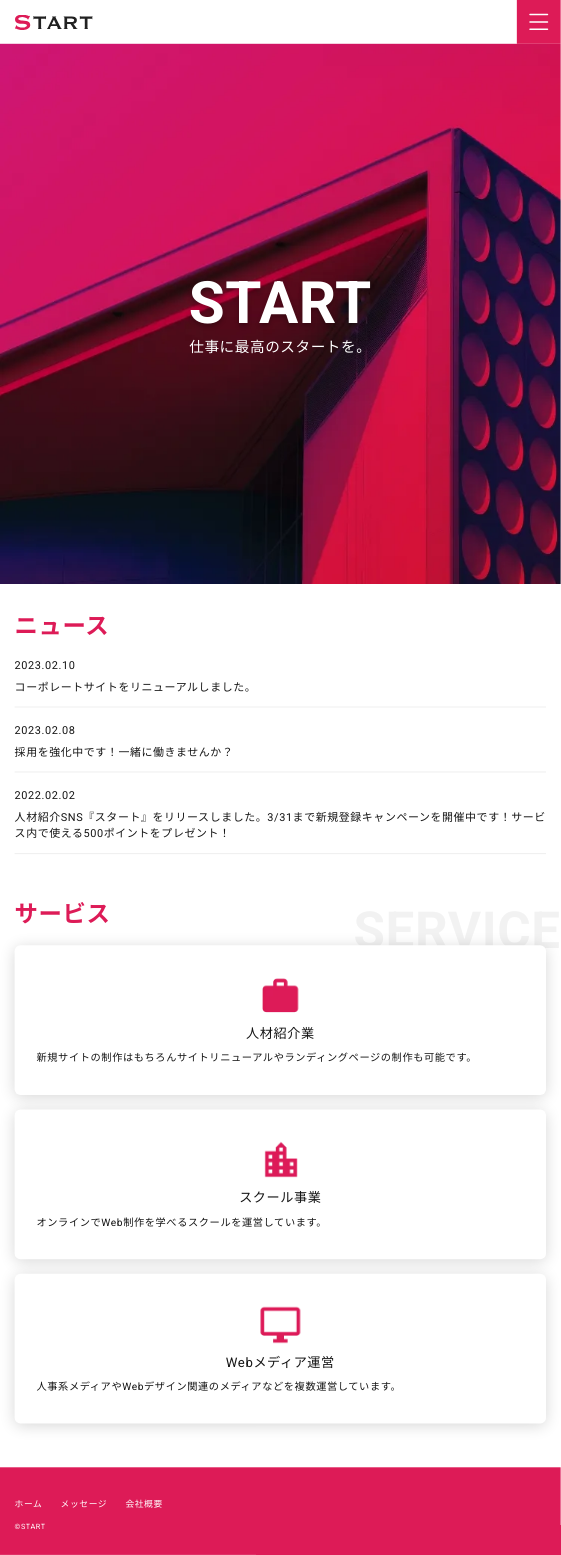
Repository: tetishi/tetishi.github.io
Page: index.html
The author's editor kept a copy of each file at every save. The page is drawn from the files as they stood at one save, then again after the next save.
The browser window is 768 px wide. The pictures show the whole page, at 73% of full size.

Above is the page before, as saved 2023-07-17 15:08:46.

### index.html
<!DOCTYPE html>
<html lang="en">
<head>
    <meta charset="UTF-8">
    <meta http-equiv="X-UA-Compatible" content="IE=edge">
    <meta name="viewport" content="width=device-width, initial-scale=1.0">
    <title>Start</title>
    <!-- <link rel="stylesheet" type="text/css" href="http://yui.yahooapis.com/3.18.1/build/cssreset/cssreset-min.css"> -->
    <link rel="preconnect" href="https://fonts.googleapis.com">
    <link rel="preconnect" href="https://fonts.gstatic.com" crossorigin>
    <link href="https://fonts.googleapis.com/css2?family=Noto+Sans+JP:wght@500;700&family=Roboto:wght@400;700&display=swap" rel="stylesheet">
    <link rel="icon" href="img/favicon.ico">
    <link rel="stylesheet" href="./css/reset.css">
    <link rel="stylesheet" href="./css/style.css">
</head>
<body>
    <header class="header">
        <div class="header-inner">
            <h2 class="nav-title">
                <a href="./index.html">
                    <img class="pc" src="img/logo.svg" alt="STARTのロゴ">
                    <img class="sp" src="img/sp_logo.svg" alt="STARTのロゴ">
                </a>
            </h2>
            <nav class="header-nav">
                <ul class="header-list">
                    <li class="header-item">
                        <a href="./index.html" class="text-red">ホーム</a>
                    </li>
                    <li class="header-item">
                        <a href="./message.html">メッセージ</a>
                    </li>
                    <li class="header-item">
                        <a href="./company.html">会社概要</a>
                    </li>
                </ul>
            </nav>
            <div class="overlay"></div>
            <div class="hamburger-btn">
                <span class="bar bar_top"></span>
                <span class="bar bar_mid"></span>
                <span class="bar bar_bottom"></span>
            </div>
        </div>
    </header>

    <main>
        <!-- fv -->
        <div class="fv">
            <div class="fv_img">
                <picture>
                    <source srcset="./img/fv.webp" type="image/webp">
                    <img src="./img/fv.jpg" alt="STARTの赤いイメージ背景">
                </picture>
            </div>
            <div class="sp_fv_img">
                <picture>
                    <source srcset="./img/sp_fv.webp" type="image/webp">
                    <img src="./img/sp_fv.jpg" alt="STARTの赤いイメージ背景">
                </picture>
            </div>
            <!-- page-title-wrapper -->
            <div class="page-title-wrapper">
                <h1 class="page-title">START</h1>
                <div class="page-title-bottom">仕事に最高のスタートを。</div>
                <!-- /.page-title-bottom -->
            </div>
        </div>

        <!-- news -->
        <section id="news" class="section-wrapper news-wrapper">
            <div class="section-inner news-inner">
                <h2 class="section-title news-title">
                    ニュース
                </h2>
                <div class="news-container">
                    <ul class="news-list">
                        <li class="news-item">
                            <time datetime="2023.02.10">2023.02.10</time>
                            <a href="#news">コーポレートサイトをリニューアルしました。</a>
                        </li>
                        <li class="news-item">
                            <time datetime="2023.02.08">2023.02.08</time>
                            <a href="#news">採用を強化中です！一緒に働きませんか？</a>
                        </li>
                        <li class="news-item">
                            <time datetime="2022.02.02">2022.02.02</time>
                            <a href="#news">人材紹介SNS『スタート』をリリースしました。3/31まで新規登録キャンペーンを開催中です！サービス内で使える500ポイントをプレゼント！</a>
                        </li>
                    </ul>
                </div>
                <!-- /.news-container -->
            </div>
            <!-- /.section-inner -->
        </section>

        <!-- service -->
        <section id="service" class="section-wrapper service-wrapper">
            <div class="section-inner">
                <h2 class="section-title text-right text-white">サービス</h2>
                <h2 class="upper-text text-white">SERVICE</h2>
                <ul class="service-list">
                    <li class="service-item">
                            <picture>
                                <source srcset="./img/bag.webp" type="image/webp">
                                <img src="./img/bag.png" alt="手提げ鞄">
                            </picture>
                            <h3 class="service-item-title">人材紹介業</h3>
                            <p class="service-item-text">
                                新規サイトの制作はもちろんサイトリニューアルやランディングページの制作も可能です。
                            </p>
                    </li>
                    <li class="service-item">
                            <picture>
                                <source srcset="./img/school.webp" type="image/webp">
                                <img src="./img/school.png" alt="スクール">
                            </picture>
                            <h3 class="service-item-title">スクール事業</h3>
                            <p class="service-item-text">
                                オンラインでWeb制作を学べるスクールを運営しています。
                            </p>
                    </li>
                    <li class="service-item">
                            <picture>
                                <source srcset="./img/web.webp" type="image/webp">
                                <img src="./img/web.png" alt="モニター">
                            </picture>
                            <h3 class="service-item-title">Webメディア運営</h3>
                            <p class="service-item-text">
                                人事系メディアやWebデザイン関連のメディアなどを複数運営しています。
                            </p>
                    </li>
                </ul>
            </div>
            <!-- /.section-inner -->
        </section>

    </main>


    <footer class="footer">
        <div class="section-inner">
            <nav class="footer-nav">
                <ul class="footer-nav-list">
                    <li class="footer-nav-item"><a href="./index.html">ホーム</a></li>
                    <li class="footer-nav-item"><a href="./message.html">メッセージ</a></li>
                    <li class="footer-nav-item"><a href="./company.html">会社概要</a></li>
                </ul>
            </nav>
            <small>&copy;START</small>
        </div>
    </footer>

    <script src="https://ajax.googleapis.com/ajax/libs/jquery/3.6.0/jquery.min.js"></script>
    <script src="js/script.js"></script>
</body>
</html>

### css/reset.css
/*
html5doctor.com Reset Stylesheet
v1.6.1
Last Updated: 2010-09-17
Author: Richard Clark - http://richclarkdesign.com
Twitter: @rich_clark
*/

* {
    box-sizing: border-box;
}

html,
body,
div,
span,
object,
iframe,
h1,
h2,
h3,
h4,
h5,
h6,
p,
blockquote,
pre,
abbr,
address,
cite,
code,
del,
dfn,
em,
img,
ins,
kbd,
q,
samp,
small,
strong,
sub,
sup,
var,
b,
i,
dl,
dt,
dd,
ol,
ul,
li,
fieldset,
form,
label,
legend,
table,
caption,
tbody,
tfoot,
thead,
tr,
th,
td,
article,
aside,
canvas,
details,
figcaption,
figure,
footer,
header,
hgroup,
menu,
nav,
section,
summary,
time,
mark,
ruby,
audio,
video {
    margin: 0;
    padding: 0;
    border: 0;
    outline: 0;
    font-size: 100%;
    vertical-align: baseline;
    background: transparent;
}

body {
    line-height: 1.5;
}

img {
    width: 100%;
    height: auto;
    object-fit: cover;
}

button {
    background-color: transparent;
    border: none;
    cursor: pointer;
    outline: none;
    padding: 0;
    appearance: none;
}

article,
aside,
details,
figcaption,
figure,
footer,
header,
hgroup,
menu,
nav,
section {
    display: block;
}

nav ul {
    list-style: none;
}

li {
    list-style: none;
}

a {
    margin: 0;
    padding: 0;
    font-size: 100%;
    vertical-align: baseline;
    background: transparent;
}

input,
select {
    vertical-align: middle;
}

/*end reset css*/

### css/style.css
/* base */

html {
    font-size: 62.5%;
}
body {
    font-size: 1.6rem;
    letter-spacing: .05em;
    color: #151515;
    font-family: "Roboto", "Noto Sans JP", Arial, "Hiragino Kaku Gothic ProN", "Hiragino Sans", Meiryo, sans-serif;
}
img {
    vertical-align: bottom;
}
.section-inner {
    max-width: 1110px;
    margin: 0 auto;
    padding: 0 20px;
}
.section-title {
    font-size: 4rem;
    color: #DD1B57;
    margin-bottom: 49px;
    /* width: 25%; */
    white-space: nowrap;
}
a {
    color: inherit;
    text-decoration: none;
}
.text-red {
    color: #DD1B57;
}
.pc {
    display: block;
}
.sp {
    display: none;
}

/* header */
.header {
    padding: 30px 70px;
    width: 100%;
}

.header a {
    text-decoration: none;
}
.header-inner {
    display: flex;
    justify-content: space-between;
    align-items: center;
}
.header-list {
    display: flex;
}
.header-item {
    margin-right: 30px;
}
.header-item:last-of-type {
    margin-right: 0;
}
.hamburger-btn {
    display: none;
}

/* fv */
.fv {
    min-height: 550px;
    position: relative;
}
.fv img {
    min-height: 550px;
    object-fit: cover;
}
.sp_fv_img {
    display: none;
}
.page-title-wrapper {
    position: absolute;
    left: 50%;
    top: 50%;
    color: #fff;
    transform: translate(-50%,-50%);
    line-height: 1;
}
.page-title {
    font-size: 16rem;
    font-weight: bold;
    margin-bottom: 10px;
    text-shadow: 0 4px 6px rgb(0 0 0 / 25%);
}
.page-title-bottom {
    font-size: 24px;
    text-align: center;
}

/* news */
.news-wrapper {
    margin: 64px 0 74px 0;
}
.news-inner {
    display: flex;
    column-gap: 88px;
}
.news-item {
    padding: 15px 0 16px 0;
    border-bottom: 1px solid #E8E8E8;
    display: flex;
    font-size: 1.5rem;
}
.news-item:first-of-type {
    padding: 0 0 16px 0;
}
.news-item a {
    margin-left: 40px;
}

/* service */
.service-wrapper {
    margin-bottom: 100px;
}
.service-wrapper .section-inner {
    position: relative;
}
.upper-text {
    position: absolute;
    right: 0px;
    top: -69px;
    font-size: 16.8rem;
    font-weight: bold;
    margin: 0 auto;
    opacity: .05;
    z-index: 0;
}
.service-list {
    display: flex;
    justify-content: space-between;
    position: relative;
    z-index: 1;
}
.service-item {
    width: 32%;
    background-color: #fff;
    box-shadow: 0 3px 21px rgba(0, 0, 0, .16);
    border-radius: 8px;
}
.service-item img {
    width: 48px;
    display: block;
    margin: 0 auto;
    padding-top: 50px;
}
.service-item-title {
    text-align: center;
    font-size: 1.8rem;
    font-weight: normal;
    margin-top: 5px;
}
.service-item-text {
    padding: 15px 50px 50px 50px;
    font-size: 1.4rem;
}

/* footer */
.footer {
    background-color: #DD1B57;
    color: #fff;
    height: 164px;
}
.footer-nav-list {
    display: flex;
    font-size: 1.4rem;
    padding: 61px 0 9px;
}
.footer-nav-item {
    margin-right: 40px;
}
small {
    font-size: 1.2rem;
    margin-bottom: 50px;
}

@media screen and (max-width: 768px) {
    /* base_sp */
    .section-inner {
        padding: 0 20px;
    }
    .section-title {
        font-size: 3.2rem;
        margin-bottom: 19px;
        width: 100%;
    }
    .pc {
        display: none;
    }
    .sp {
        display: block;
    }

    /* header_sp */
    .header {
        padding: 0;
        z-index: 1;
        position: relative;
    }
    .header-inner {
        height: 60px;
    }
    .nav-title {
        padding: 0 0 0 20px;
    }
    .header-nav {
        display: none;
        position: fixed;
        top: 0;
        right: 0;
        width: 50%;
        height: 100vh;
        background-color: #DD1B57;
        /* z-index: 2; */
    }
    .header-list {
        height: 100%;
        flex-direction: column;
        padding: 96px 0 0 40px;
    }
    .text-red {
        color: #fff;
        opacity: .5;
    }
    .header-item {
        margin: 0 0 27px;
        color: #fff;
    }
    .header-item:last-of-type {
        margin-bottom: 0;
    }
    .hamburger-btn {
        display: block;
        background-color: #DD1B57;
        padding: 19px 17px 0;
        width: 60px;
        height: 60px;
        /* z-index: 3; */
    }
    .hamburger-btn .bar {
        display: block;
        width: 26px;
        height: 2px;
        background-color: #fff;
        transition: .3s;
        border-radius: 4px;
    }
    .bar_mid,
    .bar_bottom {
        margin-top: 8px;
    }
    .hamburger-btn.cross .bar_top {
        transform: rotate(45deg) translate(7px, 7px);
        transition: .3s;
    }
    .hamburger-btn.cross .bar_middle {
        opacity: 0;
        transition: .3s;
    }
    .hamburger-btn.cross .bar_bottom {
        transform: rotate(-45deg) translate(7px, -7px);
        transition: .3s;
    }
    body.noscroll {
        overflow: hidden;
    }
    .overlay {
        /* /* background-color: #000;
        cursor: pointer; */
        /* height: 100vh; */
        left: 0;
        opacity: 0;
        position: fixed;
        top: 0; */
        /* transition: all 0.6s; */
        /* visibility: hidden;
        width: 100vw;
        z-index: 1; */
    }

    /* fv_sp */
    .fv {
        height: calc(100vh - 60px);
    }
    .fv img {
        height: calc(100vh - 60px);
    }
    .fv_img {
        display: none;
    }
    .sp_fv_img {
        display: block;
    }
    .page-title {
        font-size: 8rem;
        font-weight: bold;
    }
    .page-title-bottom {
        font-size: 2rem;
    }

    /* news_sp */
    .news-wrapper {
        margin: 33px 0 58px 0;
    }
    .news-inner {
        display: block;
    }
    .news-item {
        flex-flow: column;
        padding: 20px 0 16px 0;
    }
    .news-item:first-child {
        padding: 0 0 16px 0;
    }
    .news-item a {
        margin-left: 0px;
        margin-top: 7px;
    }

    /* service_sp */
    .service-wrapper {
        margin-bottom: 60px;
    }
    .upper-text {
        right: 0px;
        top: -5px;
        font-size: 7rem;
    }
    .service-list {
        display: block;
    }
    .service-item {
        width: 100%;
        margin-bottom: 20px;
    }
    .service-item img {
        width: 60px;
        padding-top: 40px;
    }
    .service-item-title {
        margin-top: 7px;
    }
    .service-item-text {
        padding: 10px 30px 40px 30px;
    }

    /* footer_sp */
    .footer {
        height: 120px;
    }
    .footer-nav-list {
        font-size: 1.2rem;
        padding: 41px 0 9px;
    }
    .footer-nav-item {
        margin-right: 25px;
    }
    small {
        font-size: 1rem;
        margin-bottom: 29px;
    }
}

### js/script.js
//ハンバーガーボタン
$('.hamburger-btn').on('click', function() {
    $('.header-nav').fadeToggle(300);
    $(this).toggleClass('cross');
    $('body').toggleClass('noscroll');
});
$('.overlay').on('click', function() {
    $('.header-nav').fadeOut(300);
});

After the next save:
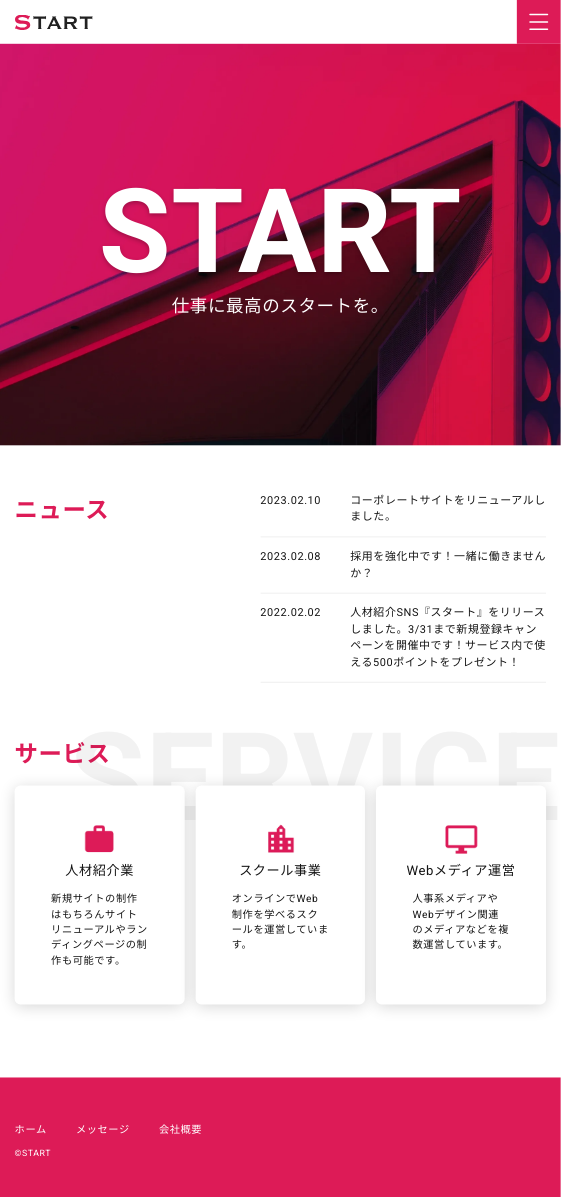
Saved 5 s later.
--- a/css/style.css
+++ b/css/style.css
@@ -280,10 +280,10 @@
         opacity: 0;
         position: fixed;
         top: 0; */
-        /* transition: all 0.6s; */
+        transition: all 0.6s; */
         /* visibility: hidden;
         width: 100vw;
-        z-index: 1; */
+        z-index: 1;
     }
 
     /* fv_sp */

After the 2 saves that followed:
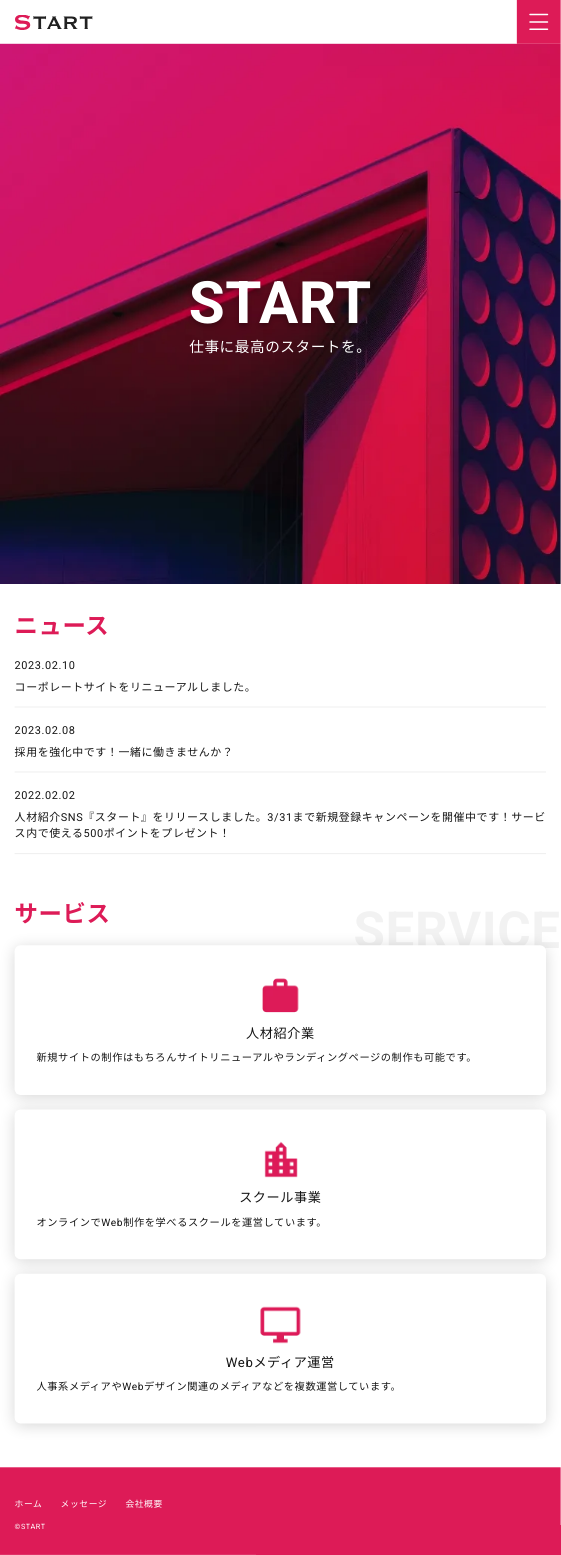
The 2 saves are shown as one change because they came seconds apart.
The last was saved 7 s later.
--- a/css/style.css
+++ b/css/style.css
@@ -273,17 +273,17 @@
         overflow: hidden;
     }
     .overlay {
-        /* /* background-color: #000;
+        /* background-color: #000;
         cursor: pointer; */
-        /* height: 100vh; */
+        /* height: 100vh;
         left: 0;
         opacity: 0;
         position: fixed;
         top: 0; */
         transition: all 0.6s; */
-        /* visibility: hidden;
+        /* /* visibility: hidden;
         width: 100vw;
-        z-index: 1;
+        z-index: 1; */
     }
 
     /* fv_sp */
